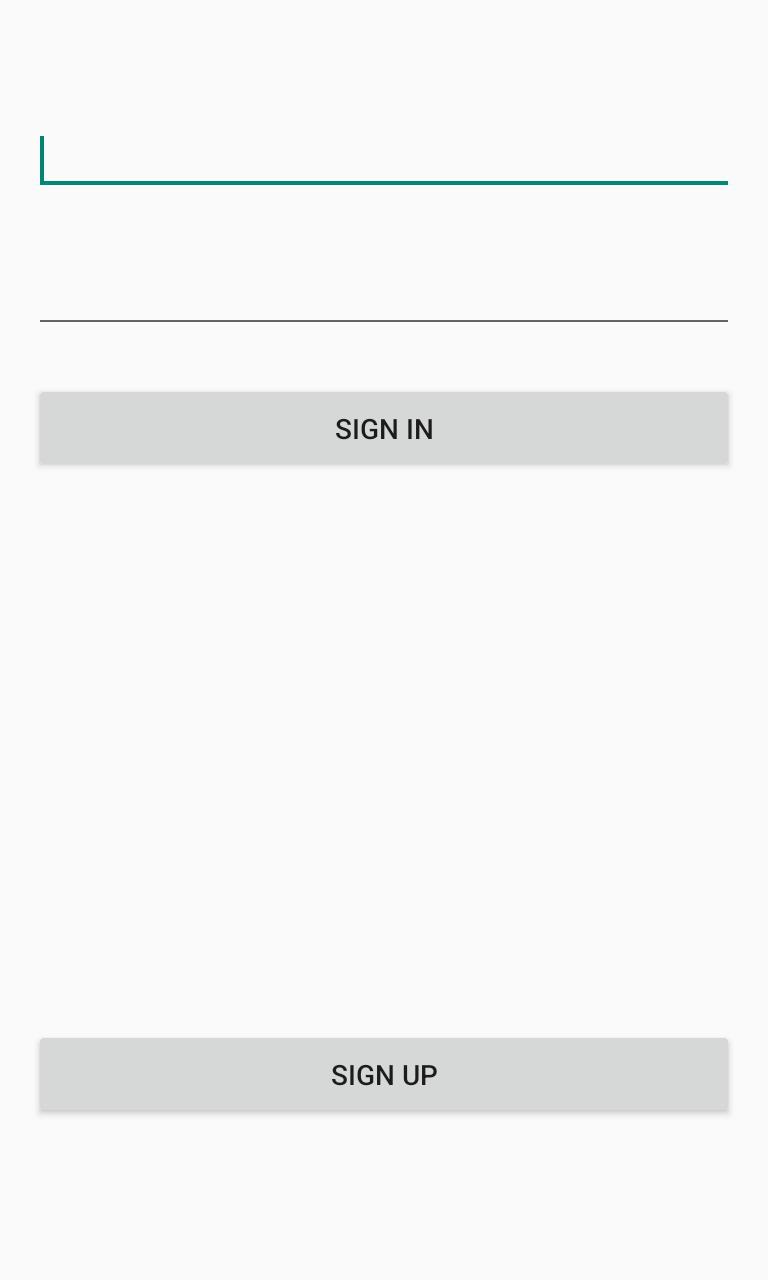
Repository: uditha2233/Anything
Layout: Local Android/AnyThing/AnyThing/res/layout/fragment_login.xml
The author's editor kept a copy of each file at every save. The layout is drawn from the files as they stood at one save, then again after the next save.
It is drawn on a 768 x 1280 px phone screen (xhdpi) without system bars, with theme AppTheme; the app's code is not run.

Above is the layout before, as saved 2014-05-29 03:24:39.

### Local Android/AnyThing/AnyThing/res/layout/fragment_login.xml
<RelativeLayout xmlns:android="http://schemas.android.com/apk/res/android"
    xmlns:tools="http://schemas.android.com/tools"
    android:layout_width="match_parent"
    android:layout_height="match_parent"
    android:paddingBottom="@dimen/activity_vertical_margin"
    android:paddingLeft="@dimen/activity_horizontal_margin"
    android:paddingRight="@dimen/activity_horizontal_margin"
    android:paddingTop="@dimen/activity_vertical_margin"
    tools:context="com.example.anything.LoginActivity$PlaceholderFragment" >

    <EditText
        android:id="@+id/userName"
        android:layout_width="wrap_content"
        android:layout_height="wrap_content"
        android:layout_alignParentLeft="true"
        android:layout_alignParentRight="true"
        android:layout_alignParentTop="true"
        android:layout_marginTop="42dp"
        android:ems="10"
        android:inputType="textPersonName" >

        <requestFocus />
    </EditText>

    <EditText
        android:id="@+id/passWord"
        android:layout_width="wrap_content"
        android:layout_height="wrap_content"
        android:layout_alignLeft="@+id/userName"
        android:layout_alignRight="@+id/userName"
        android:layout_below="@+id/userName"
        android:layout_marginTop="28dp"
        android:ems="10"
        android:inputType="textPassword" />

    <Button
        android:id="@+id/loginBtn"
        android:layout_width="wrap_content"
        android:layout_height="wrap_content"
        android:layout_alignParentLeft="true"
        android:layout_alignRight="@+id/passWord"
        android:layout_below="@+id/passWord"
        android:layout_marginTop="21dp"
        android:text="@string/signin"
        android:onClick="login"
        android:drawable="@android:color/black"/>

    <Button
        android:id="@+id/regBtn"
        android:layout_width="wrap_content"
        android:layout_height="wrap_content"
        android:layout_alignLeft="@+id/loginBtn"
        android:layout_alignParentBottom="true"
        android:layout_alignRight="@+id/loginBtn"
        android:layout_marginBottom="63dp"
        android:text="@string/signup"
        android:onClick="register"/>

</RelativeLayout>

### Local Android/AnyThing/AnyThing/res/values/strings.xml
<?xml version="1.0" encoding="utf-8"?>
<resources>

    <string name="app_name">AnyThing</string>
    <string name="hello_world">Hello world!</string>
    <string name="action_settings">Settings</string>
    <string name="signin">Sign in</string>
    <string name="signup">Sign up</string>
    <string name="logout">Log Out</string>
    <string name="addnewad">Add New AD</string>
    <string name="account">My Account</string>
    <string name="title_activity_main_page">MainPageActivity</string>
    <string name="title_section1">Home</string>
    <string name="title_section2">Cell Phones &amp; Accessories</string>
    <string name="title_section3">Computers &amp; Tablet PCs</string>
    <string name="title_section4">Consumer Electronics</string>
    <string name="title_section5">Vehicles &amp; Parts</string>
    <string name="title_section6">Services</string>
    <string name="title_section7">Other</string>
    <string name="title_section8">Read</string>
    <string name="title_section9">Unread</string>
    <string name="title_section10">Sent</string>
    <string name="navigation_drawer_open">Open navigation drawer</string>
    <string name="navigation_drawer_close">Close navigation drawer</string>
    <string name="action_example">Example action</string>
    <string name="title_activity_signup">SignupActivity</string>
    <string name="txtUname">User Name</string>
    <string name="txtEmail">E-Mail</string>
    <string name="txtfullname">Full Name</string>
    <string name="txtPhoneno">Phone No</string>
    <string name="txtPassWord">Password</string>
    <string name="txtrePassWord">Re-Password</string>
    <string name="title_activity_item_view">ItemViewActivity</string>
    <string name="title_activity_messages">Messages</string>
    <string name="title_activity_message_view">MessageViewActivity</string>
    <string name="title_activity_item_add">ItemAddActivity</string>
    <string name="title_activity_adavanced_reg">AdavancedRegActivity</string>
    <string name="title_activity_search">SearchActivity</string>
    <string name="title_activity_profile_view">ProfileViewActivity</string>

</resources>

Loaded but not shown: Local Android/AnyThing/AnyThing/res/values/styles.xml (common file); Local Android/AnyThing/AnyThing/res/values-v11/styles.xml (common file); Local Android/AnyThing/AnyThing/res/values-v14/styles.xml (common file); Local Android/AnyThing/AnyThing/res/values/dimens.xml (common file); Local Android/AnyThing/AnyThing/res/values-w820dp/dimens.xml (common file)

After the next save:
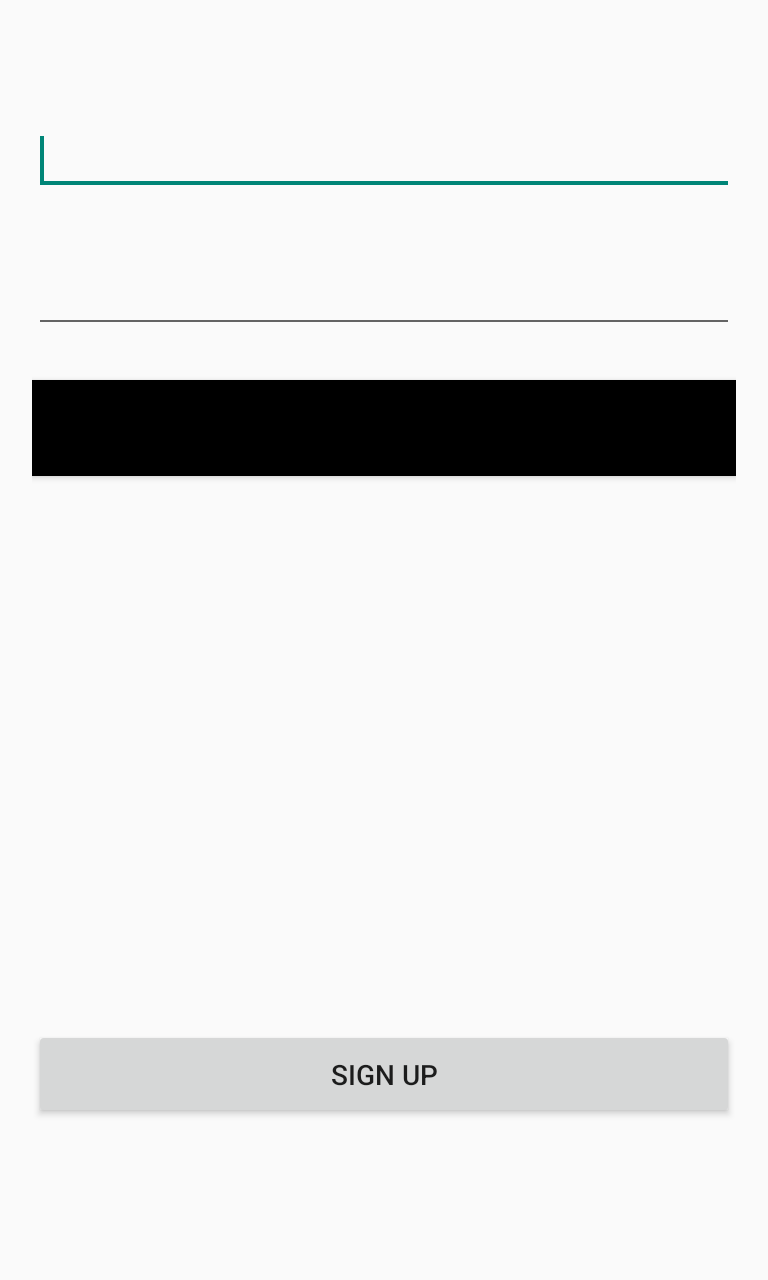
Saved 114 s later.
--- a/Local Android/AnyThing/AnyThing/res/layout/fragment_login.xml
+++ b/Local Android/AnyThing/AnyThing/res/layout/fragment_login.xml
@@ -43,7 +43,7 @@
         android:layout_marginTop="21dp"
         android:text="@string/signin"
         android:onClick="login"
-        android:drawable="@android:color/black"/>
+        android:background="@android:color/black"/>
 
     <Button
         android:id="@+id/regBtn"
